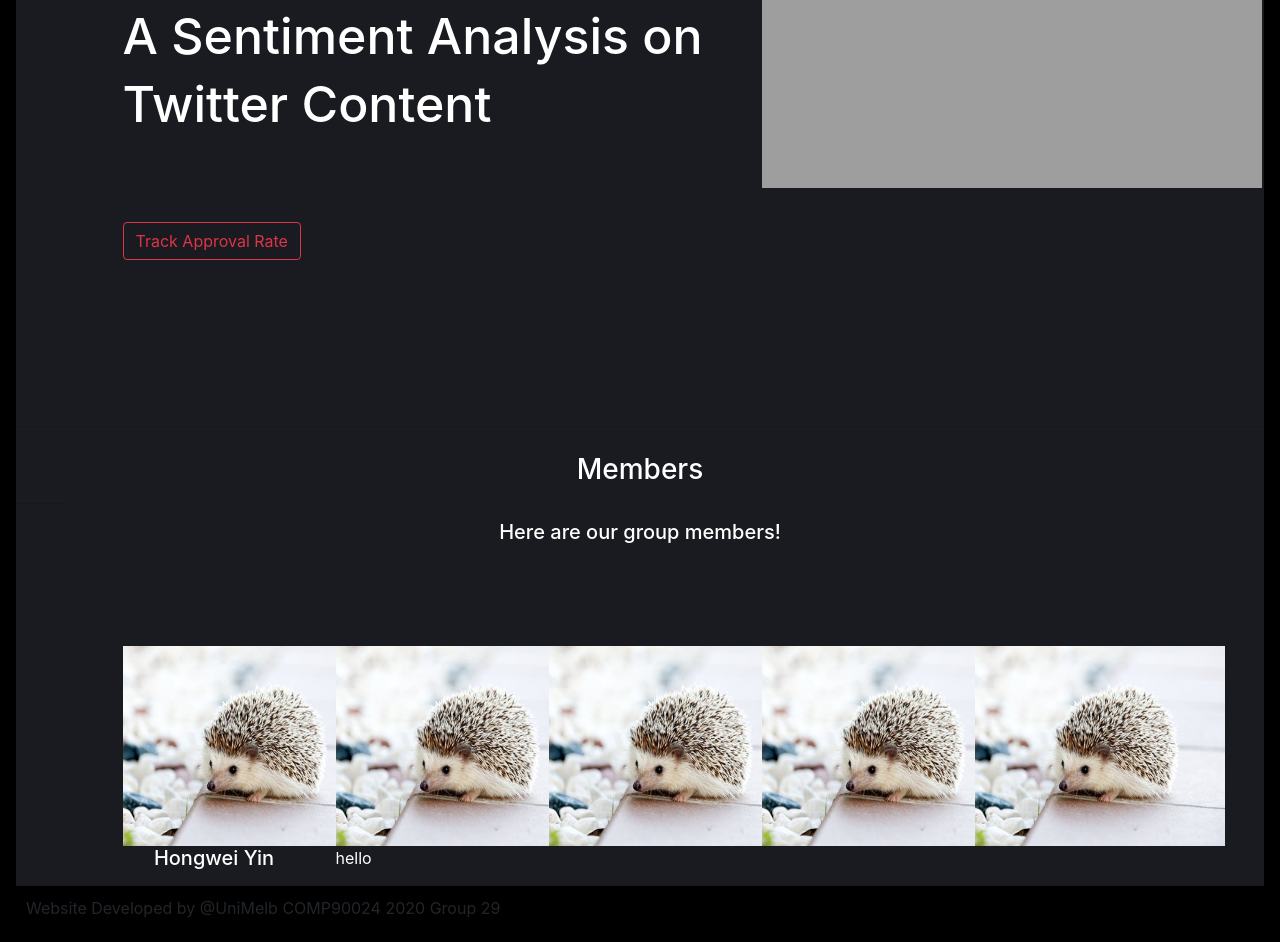
Repository: gusyi/COMP90024_Team29
Page: frontend/templates/frontend/home.html
The author's editor kept a copy of each file at every save. The page is drawn from the files as they stood at one save, then again after the next save.
The browser window is 1280 px wide. The pictures show the part of the page from y = 491 to 1443 px (the page is 1433 px tall before and 1443 px after).
Pictures or frames that could not be fetched are drawn as grey boxes. Some web libraries are served in a nearby version. The template is drawn by Django 3.2. The application's start-up code is not run. The template is opened directly, without the code that normally fills it, so the values that code supplies are empty.

Above is the page before, as saved 2020-05-25 23:38:23.

After the next save:
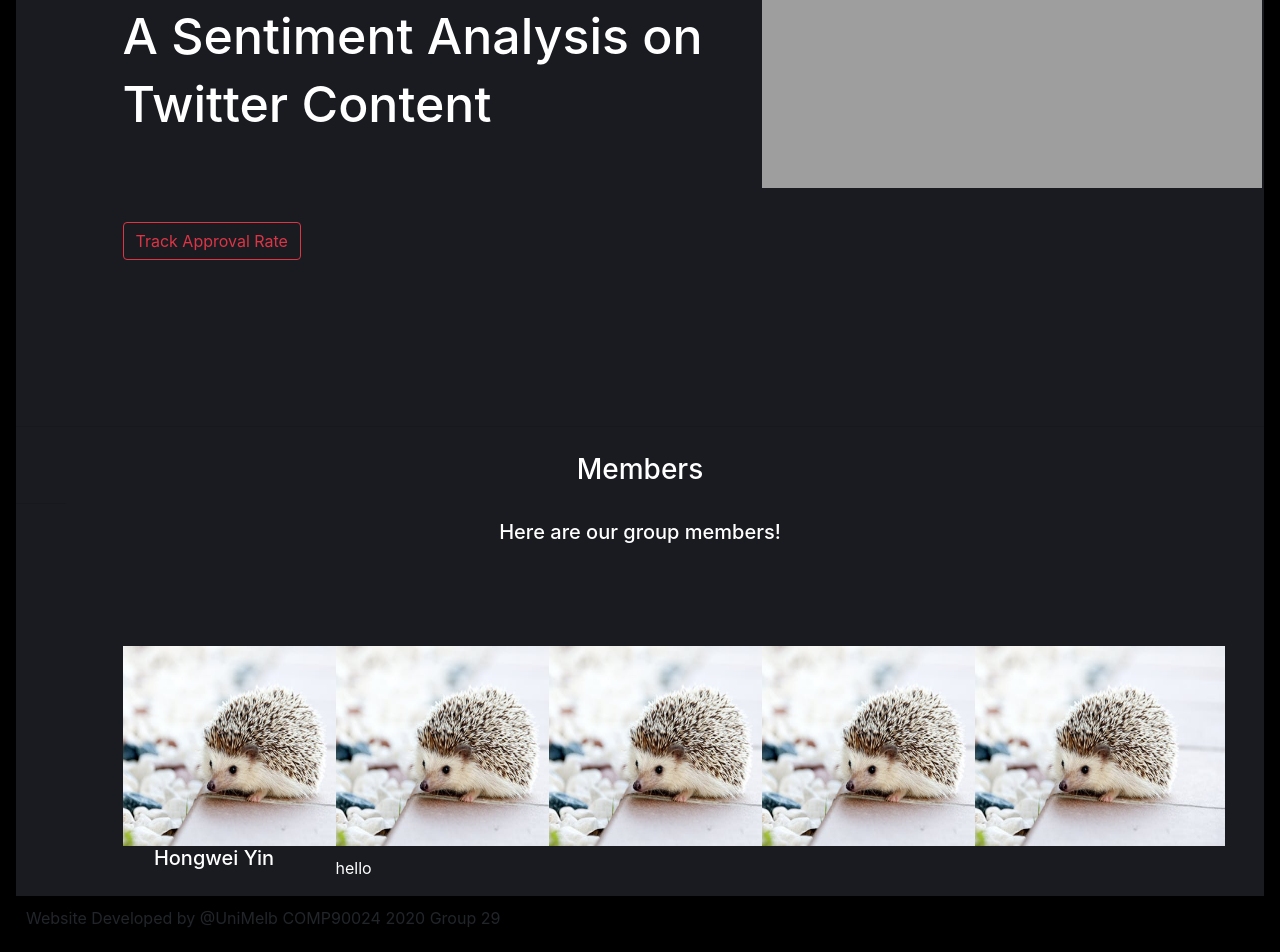
Saved 17 s later.
--- a/backend/frontend/templates/frontend/home.html
+++ b/backend/frontend/templates/frontend/home.html
@@ -59,6 +59,7 @@
             <div style="height: 50px"></div>
             {% load static %}
             <img src="{% static 'frontend/images/pic1.jpeg' %}" width="250" height="200"/>
+            <div style="height: 10px"></div>
             <p style="color:white;"> hello</p>
 
 
